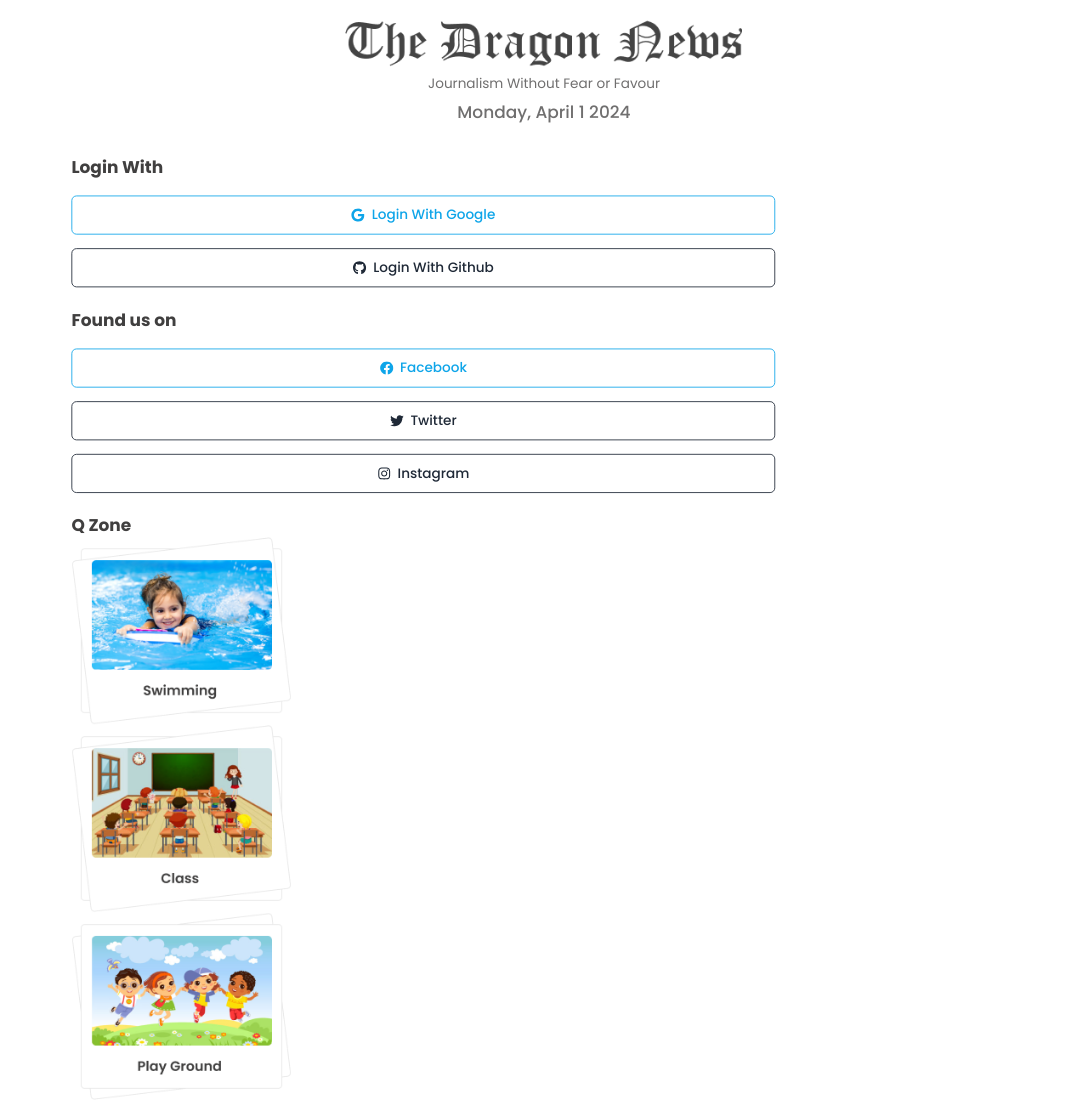
Repository: ShouravAhammed/react-dragon-news-auth
Page: /news/0282e0e58a5c404fbd15261f11c2ab6a
These files come from the project's save history. The page is drawn as it stood at one moment and after the next save; the edit follows.
The browser window is 1280 px wide. The pictures show the whole page, at 85% of full size.
The project was rebuilt for these pictures with package versions that can differ from the ones it lists, and the page was loaded fresh each time. Also part of the build but not shown: vite.config.js, src/pages/BreakingNews/BreakingNews.jsx, src/pages/Register/News.jsx, src/pages/Shared/LeftSideNav/LeftSideNav.jsx, src/pages/Shared/Navbar/Navbar.jsx, src/pages/Home/Home.jsx, src/pages/About/About.jsx, src/pages/Career/Career.jsx and 2 more.

Above is the page before, as saved 2024-04-14 18:32:08.

After the next save:
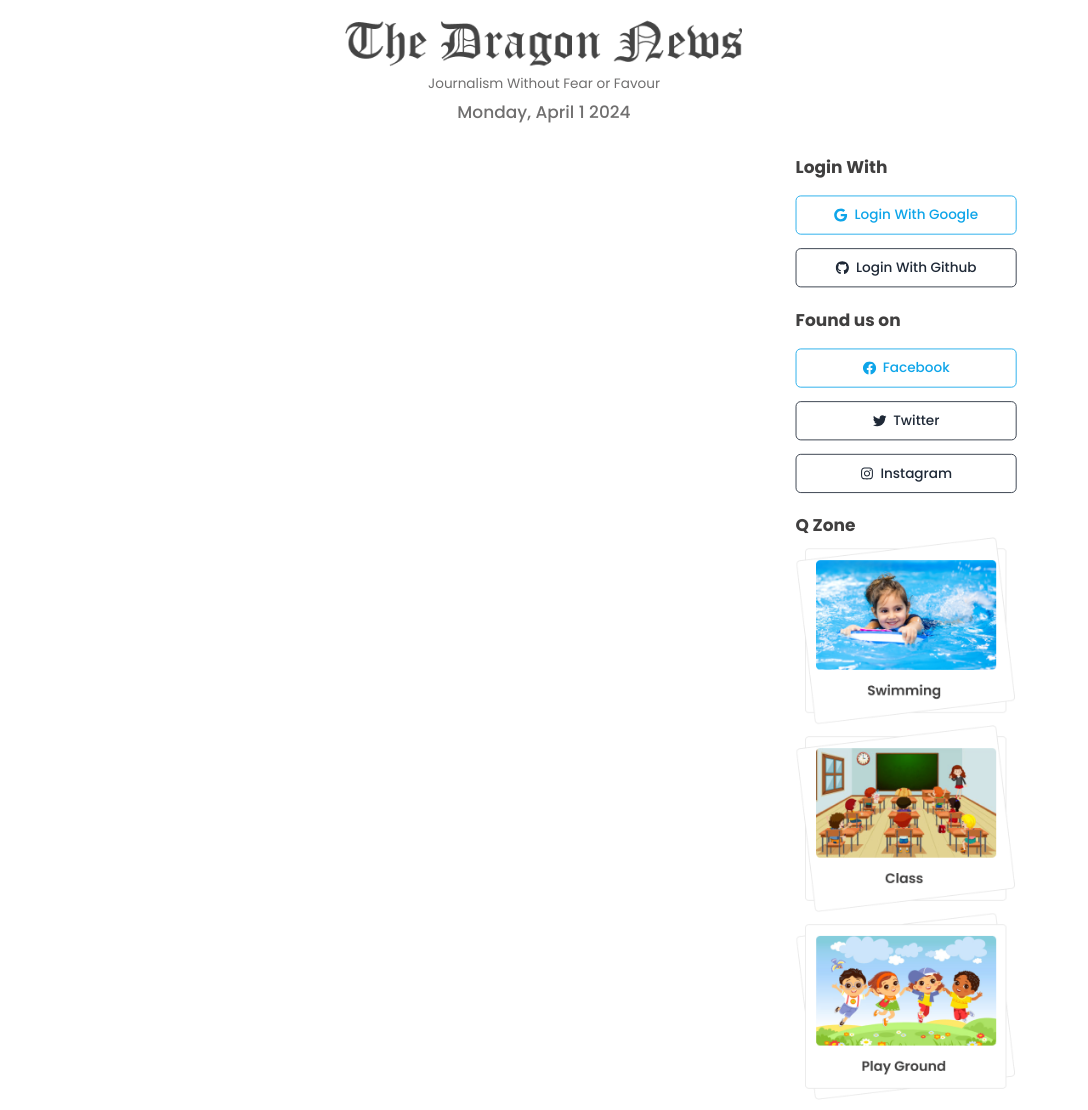
Saved 42 s later.
--- a/src/pages/NewsPage/NewsPage.jsx
+++ b/src/pages/NewsPage/NewsPage.jsx
@@ -10,7 +10,7 @@ const NewsPage = () => {
                 <div className="col-span-3">
 
                 </div>
-                <div className="col-span-3">
+                <div className="col-span-1">
                         <RightSideNav></RightSideNav>
                 </div>
             </div>
